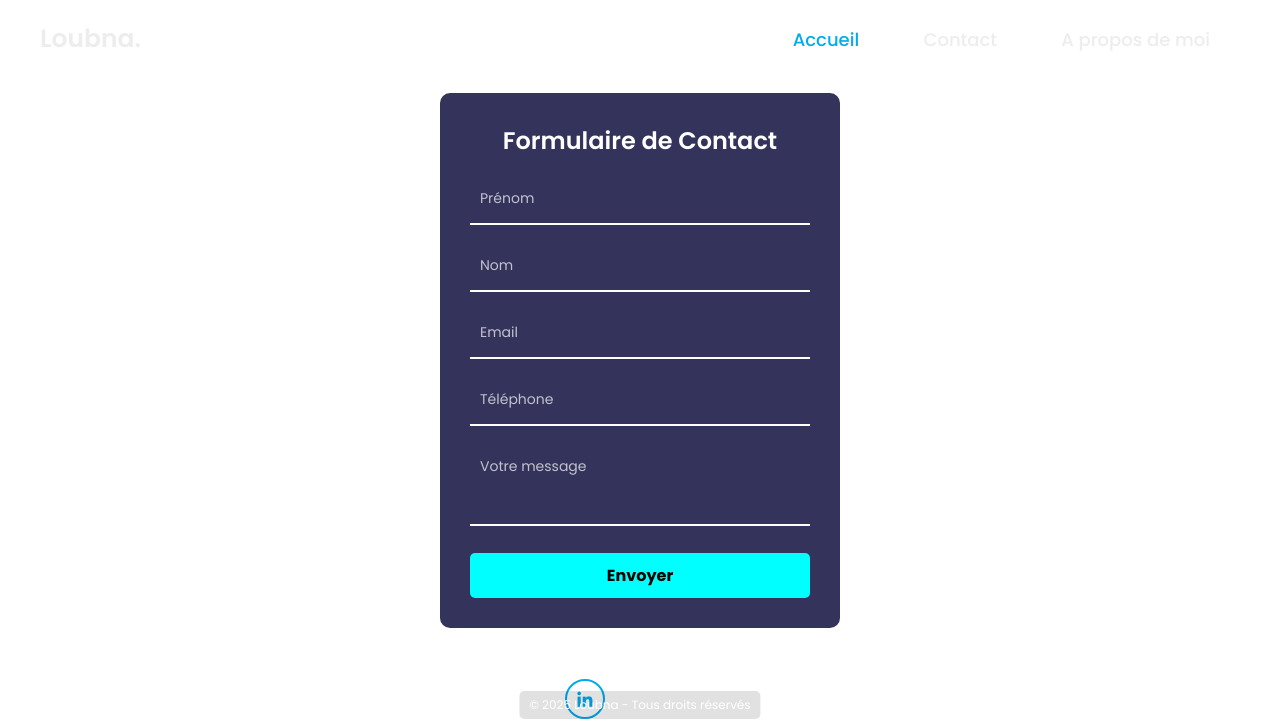
Repository: Loubna77290/Portfolio-de-Loubna
Page: contact.html
These files come from the project's save history. The page is drawn as it stood at one moment and after the next save; the edit follows.
The browser window is 1280 px wide. The pictures show the whole page.

Above is the page before, as saved 2025-03-10 23:21:33.
Not found: background.jpg

After the next save:
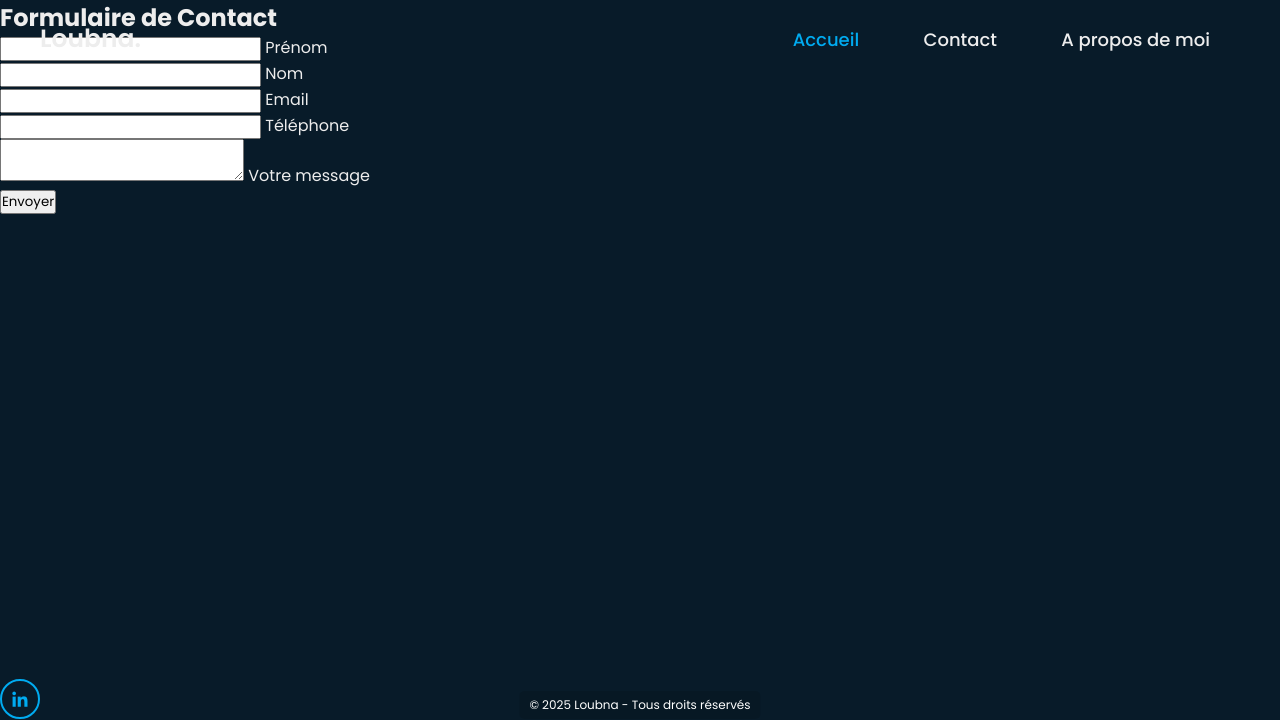
Saved 43 s later.
--- a/style.css
+++ b/style.css
@@ -389,93 +389,3 @@ footer {
 
 
     /* style fiche contact css  */
-
-@import url('https://fonts.googleapis.com/css2?family=Poppins:wght@300;400;600&display=swap');
-
-{
-    margin: 0;
-    padding: 0;
-    box-sizing: border-box;
-    font-family: 'Poppins', sans-serif;
-}
-
-body {
-    display: flex;
-    justify-content: center;
-    align-items: center;
-    height: 100vh;
-    background: url('background.jpg') no-repeat center center/cover;
-}
-
-.container {
-    background: rgba(0, 0, 50, 0.8);
-    padding: 30px;
-    border-radius: 10px;
-    box-shadow: 0 0 10px rgba(255, 255, 255, 0.2);
-    width: 400px;
-    text-align: center;
-    color: white;
-}
-
-h2 {
-    margin-bottom: 20px;
-    font-weight: 600;
-}
-
-.input-group {
-    position: relative;
-    margin-bottom: 20px;
-}
-
-.input-group input,
-.input-group textarea {
-    width: 100%;
-    padding: 10px;
-    background: transparent;
-    border: none;
-    border-bottom: 2px solid white;
-    outline: none;
-    color: white;
-    font-size: 16px;
-}
-
-.input-group label {
-    position: absolute;
-    left: 10px;
-    top: 10px;
-    font-size: 14px;
-    color: rgba(255, 255, 255, 0.7);
-    transition: 0.3s;
-}
-
-.input-group input:focus ~ label,
-.input-group textarea:focus ~ label,
-.input-group input:valid ~ label,
-.input-group textarea:valid ~ label {
-    top: -10px;
-    font-size: 12px;
-    color: cyan;
-}
-
-textarea {
-    resize: none;
-    height: 80px;
-}
-
-button {
-    width: 100%;
-    padding: 10px;
-    background: cyan;
-    border: none;
-    color: black;
-    font-size: 16px;
-    font-weight: bold;
-    cursor: pointer;
-    border-radius: 5px;
-    transition: 0.3s;
-}
-
-button:hover {
-    background: white;
-    color: cyan;
-}
